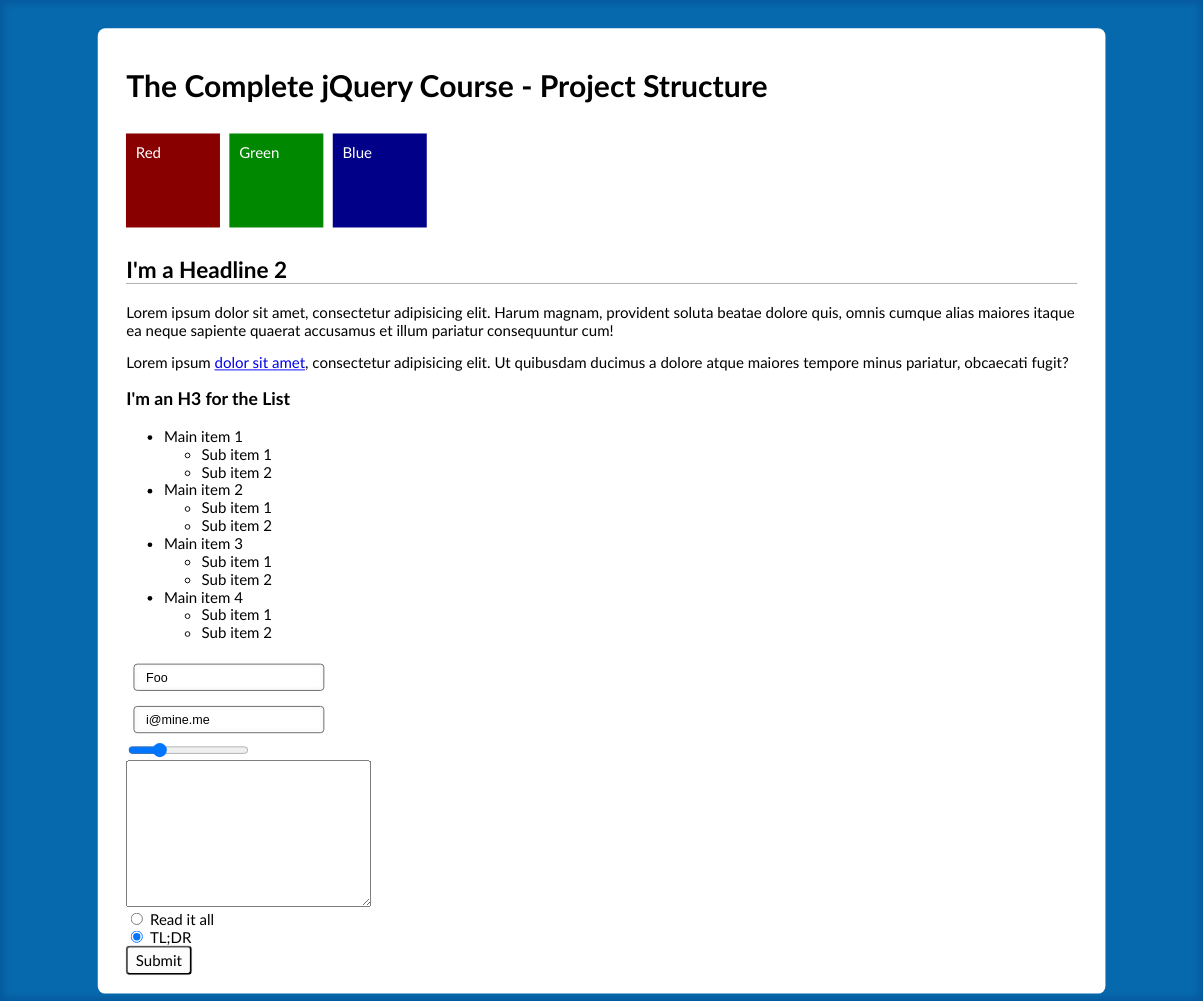
Repository: vpriyankaprabhu/Jquery-examples
Page: 07/change-event/index.html
The author's editor kept a copy of each file at every save. The page is drawn from the files as they stood at one save, then again after the next save.
The browser window is 1280 px wide. The pictures show the whole page, at 94% of full size.

Above is the page before, as saved 2024-12-30 18:59:30.

After the next save:
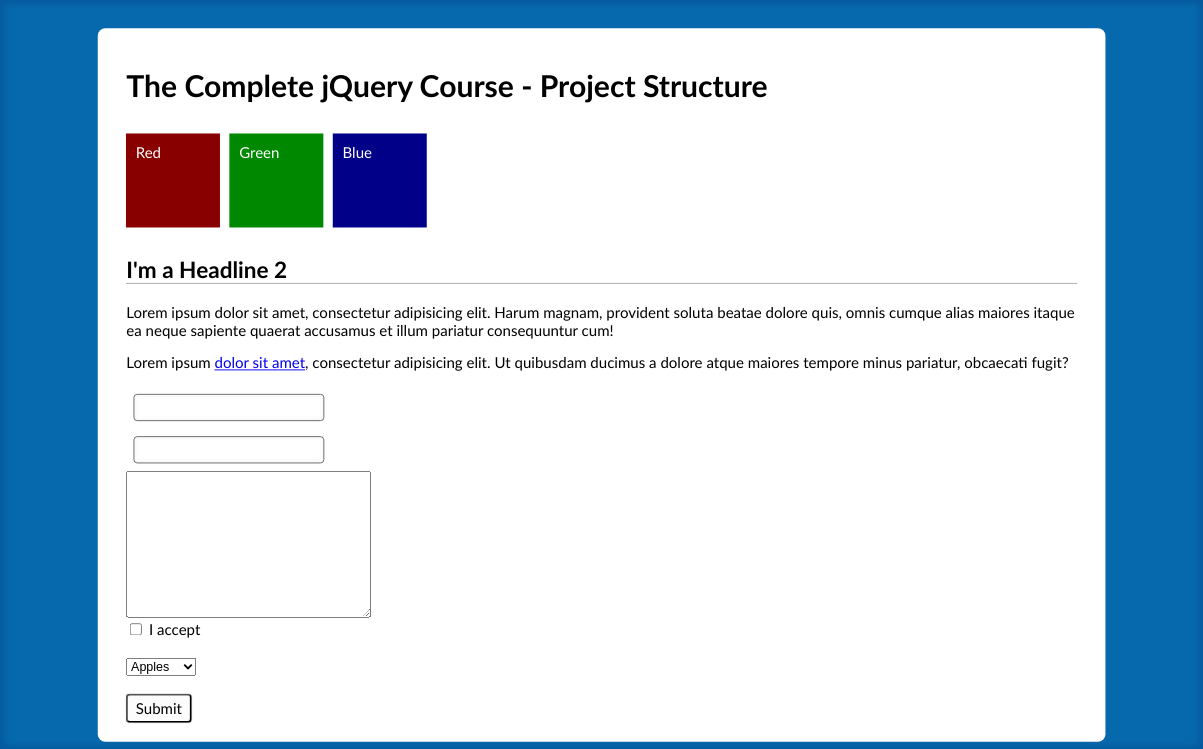
Saved 19 s later.
--- a/07/change-event/index.html
+++ b/07/change-event/index.html
@@ -20,39 +20,25 @@
     <p>Lorem ipsum dolor sit amet, consectetur adipisicing elit. Harum magnam, provident soluta beatae dolore quis, omnis cumque alias maiores itaque ea neque sapiente quaerat accusamus et illum pariatur consequuntur cum!</p>
     <p>Lorem ipsum <a id="link" title="An amazing link" href="/url">dolor sit amet</a>, consectetur adipisicing elit. Ut quibusdam ducimus a dolore atque maiores tempore minus pariatur, obcaecati fugit?</p>
 
-    <h3>I'm an H3 for the List</h3>
-    <!-- An unordered list with ID "list" -->
-    <ul id="list">
-      <li>Main item 1
-        <ul>
-          <li>Sub item 1</li>
-          <li>Sub item 2</li>
-        </ul></li>
-      <li>Main item 2
-        <ul>
-          <li>Sub item 1</li>
-          <li>Sub item 2</li>
-        </ul></li>
-      <li>Main item 3
-        <ul>
-          <li>Sub item 1</li>
-          <li>Sub item 2</li>
-        </ul></li>
-      <li>Main item 4
-        <ul>
-          <li>Sub item 1</li>
-          <li>Sub item 2</li>
-        </ul></li>
-    </ul>
-
     <!-- A form element without class or ID  -->
     <form action="">
-      <input type="text" value="Foo"><br>
-      <input type="email" value="i@mine.me"><br>
-      <input type="range" min="1" max="10" value="3"><br>
+      <input type="text" id="name" value=""><br>
+      <input type="password" value=""><br>
       <textarea name="message" id="message" cols="30" rows="10"></textarea><br>
-      <input type="radio" name="toc" value="read" id="read"> <label for="read">Read it all</label> <br>
-      <input type="radio" name="toc" value="tldr" checked> <label for="tldr">TL;DR</label> <br>
+
+      <!-- Checkbox with ID -->
+      <input id="checkbox" type="checkbox" name="cb">
+      <label for="checkbox">I accept</label> <br>
+      <br>
+
+      <!-- Selection with ID -->
+      <select name="" id="selection">
+        <option value="apples">Apples</option>
+        <option value="bananas">Bananas</option>
+        <option value="pears">Pears</option>
+      </select>
+      <br><br>
+
       <input type="submit" value="Submit">
     </form>
 
